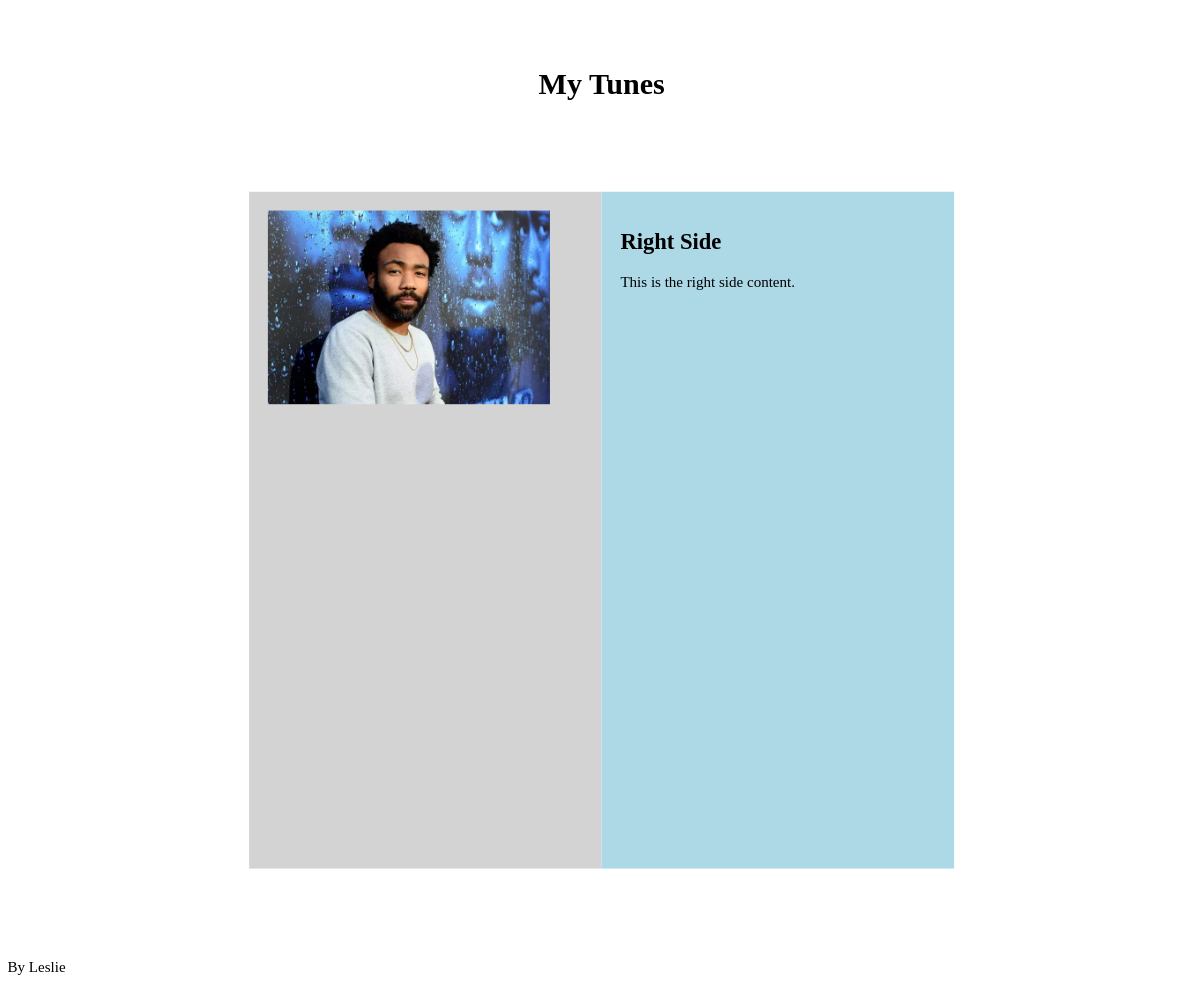
Repository: leslie179/labOne
Page: /
An editor plug-in stored every save of this project. The page is shown before and after the next save, followed by the edit.
The browser window is 1280 px wide. The pictures show the whole page, at 94% of full size.
The project was rebuilt for these pictures with package versions that can differ from the ones it lists, and the page was loaded fresh each time. The framework's server and built-in components were replaced by stand-ins that run in the browser. Also part of the build but not shown: next.config.js, components/Footer/Footer.module.css, components/RightComponent/RightComponent.module.css.

Above is the page before, as saved 2024-09-15 21:45:30.

### pages/index.js
import Head from 'next/head'
import styles from '@/styles/Home.module.css'
import Footer from '@/components/Footer'
import Header from '@/components/Header'
import LeftComponent from '@/components/LeftComponent'
import RightComponent from '@/components/RightComponent'

export default function Home() {
  return (
    <>
      <Head>
        <title>Create Next App</title>
        <meta name="description" content="Generated by create next app" />
        <meta name="viewport" content="width=device-width, initial-scale=1" />
        <link rel="icon" href="/favicon.ico" />
      </Head>
      <Header/>
      <main className={`${styles.main}`}>
      <div className={styles.container}>
      <div className={styles.left}>
                <LeftComponent />
            </div>
            <div className={styles.right}>
                <RightComponent />
            </div>
            </div>
      </main>
      <Footer/>
    </>
  )
}

### styles/globals.css
:root {


}

a {
  color: inherit;
  text-decoration: none;
}

### styles/Home.module.css
.main {
  display: flex;
  flex-direction: column;
  justify-content: space-between;
  align-items: center;
  padding: 6rem;
  min-height: 20vh;
}

.container {
  display: flex;
  width: 70%;
  height: 100vh;

}

.left, .right {
  width: 50%;
  padding: 20px;
  box-sizing: border-box;
}

.left {
  background-color: lightgray;
}

.right {
  background-color: lightblue;
}

### components/Footer/index.js
import styles from "./Footer.module.css"

export default function Footer() {
    return(
        <footer className={styles.Footer}>
            By Leslie
        </footer>
    )
}

### components/Header/index.js
import styles from './Header.module.css';


export default function Header() {
    return (
        <header className={styles.header}>
            <h1>My Tunes</h1>
        </header>
    );
}

### components/LeftComponent/index.js
import styles from './LeftComponent.module.css';

export default function LeftComponent() {
    return (
        <div>
            <img src="childish_icon.jpg" alt="Childish Icon" className={styles.image} />
        </div>
    );
}

### components/RightComponent/index.js
import styles from './RightComponent.module.css';

export default function RightComponent() {
    return (
        <div>
            <h2>Right Side</h2>
            <p>This is the right side content.</p>
        </div>
    );
}

### components/Header/Header.module.css
.header {
    text-align: center;
    padding-top: 5%;
  }

  .header h1 {
    margin: 0;
    padding: 0;
    font-size: 2rem; /* Adjust as needed */
  }

### components/LeftComponent/LeftComponent.module.css
.left {
    width: 50%;
    background-color: lightgray;
    padding: 20px;
    box-sizing: border-box;
    height: 100vh;
    float: left;
}

.image{
    width: 300px;
    object-fit: cover;
    overflow: hidden;
}

Loaded but not shown: pages/_app.js (common file); pages/_document.js (common file)

After the next save:
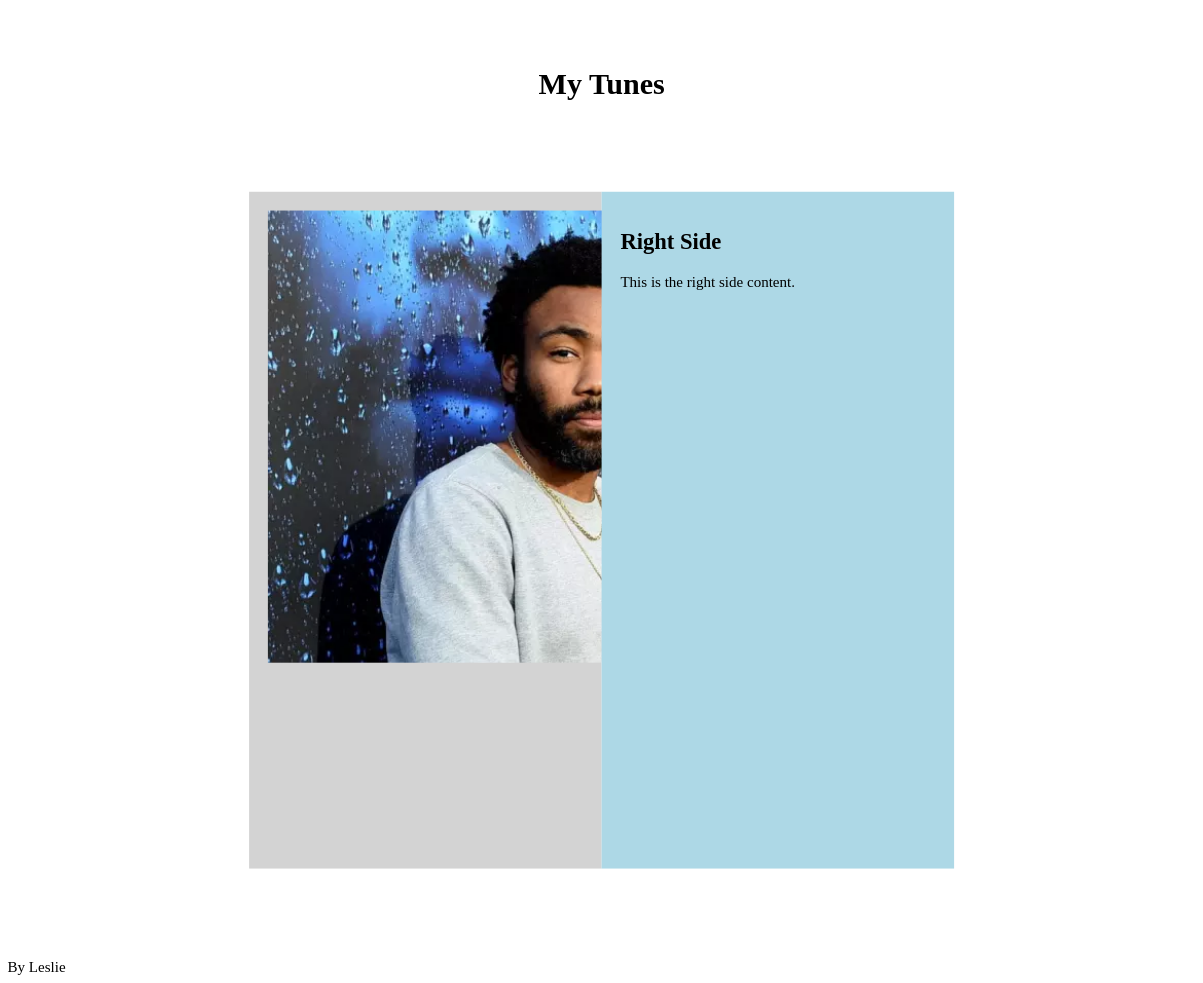
Saved 8 s later.
--- a/components/LeftComponent/LeftComponent.module.css
+++ b/components/LeftComponent/LeftComponent.module.css
@@ -8,7 +8,7 @@
 }
 
 .image{
-    width: 300px;
+    width: 700px;
     object-fit: cover;
     overflow: hidden;
 }
